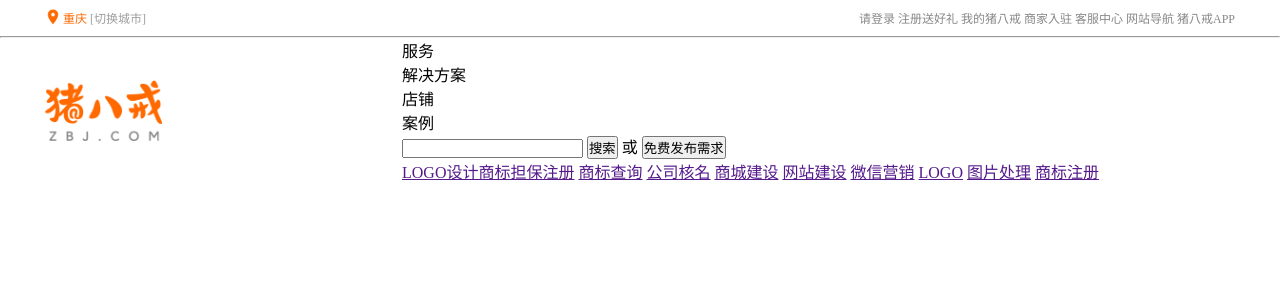
Repository: 13982720426/zbj
Page: HTML/index.html
The author's editor kept a copy of each file at every save. The page is drawn from the files as they stood at one save, then again after the next save.
The browser window is 1280 px wide. The pictures show the whole page.

Above is the page before, as saved 2021-07-15 14:24:50.

### HTML/index.html
<!DOCTYPE html>
<html lang="en">
  <head>
    <meta charset="UTF-8" />
    <meta http-equiv="X-UA-Compatible" content="IE=edge" />
    <meta name="viewport" content="width=device-width, initial-scale=1.0" />
    <title>猪八戒网重庆站-中国领先的企业服务平台</title>
    <link rel="stylesheet" type="image/x-icon" href="./imgs/favicon.ico" />
    <link rel="stylesheet" type="text/css" href="css/index.css" />
  </head>
  <body>
    <div class="header-top">
      <div class="header-top-left">
        <div class="location-icon">
          <span class="tl1">重庆</span>
          <span class="tl2">[切换城市]</span>
        </div>
      </div>
      <div class="haeder-top-right">
        <span class="tr1">请登录</span>
        <span class="tr2">注册送好礼</span>
        <span class="tr3">我的猪八戒</span>
        <span class="tr4">商家入驻</span>
        <span class="tr5">客服中心</span>
        <span class="tr6">网站导航</span>
        <span class="tr7">猪八戒APP</span>
      </div>
    </div>
    <hr />
    <div class="header-bd-wrap header-bd-wrap-fixed">
      <div class="header-bd-wrap-content">
        <div class="header-bd-wrap-l">
          <img class="logo-img" src="./imgs/newlogo_5b91b4a.png" alt="猪八戒" />
        </div>
        <div class="header-bd-wrap-r">
          <div>
            <ul id="menu">
              <li>服务</li>
              <li>解决方案</li>
              <li>店铺</li>
              <li>案例</li>
            </ul>
          </div>
          <div class="search">
            <input type="text" name="" id="" />
            <button class="btn-search">搜索</button>
            <span class="huo">或</span>
            <button class="search-pub-task">免费发布需求</button>
          </div>

          <div>
            <a href="">LOGO设计商标担保注册</a>
            <a href="">商标查询</a>
            <a href="">公司核名</a>
            <a href="">商城建设</a>
            <a href="">网站建设</a>
            <a href="">微信营销</a>
            <a href="">LOGO</a>
            <a href="">图片处理</a>
            <a href="">商标注册</a>
          </div>
        </div>
      </div>
    </div>
  </body>
</html>

### HTML/css/index.css
* {
  margin: 0;
  padding: 0;
}
.header-top {
  display: flex;
  align-items: center;
  margin: 0 auto;
  height: 36px;
  width: 1190px;
  color: #888;
  font-size: 12px;
}
.location-icon {
  display: inline-block;
  padding-left: 18px;
  background-repeat: no-repeat;
  background-size: 16px;
  background-image: url('data:[embedded picture, 1182 characters]');
}
.tl1 {
  color: #ff6900;
}
.tl2 {
  color: #9e9e9e;
}
.header-top-left {
  flex: 1;
}
.header-top-right {
  flex: 1;
}
.header-bd-wrap {
  width: 100%;
}
.header-bd-wrap.header-bd-wrap-fixed {
}
.header-bd-wrap-content {
  width: 1190px;
  margin: 0 auto;
  display: flex;
  align-items: center;
  justify-content: center;
}
.header-bd-wrap-l {
  flex: 30%;
}
.header-bd-wrap-r {
  flex: 70%;
}
.header-bd-wrap-r li {
  list-style: none;
  padding: 0;
  margin: 0;
}

.logo-img {
  float: left;
  max-width: 117px;
  max-height: 61px;
  margin-right: 20px;
}

After the next save:
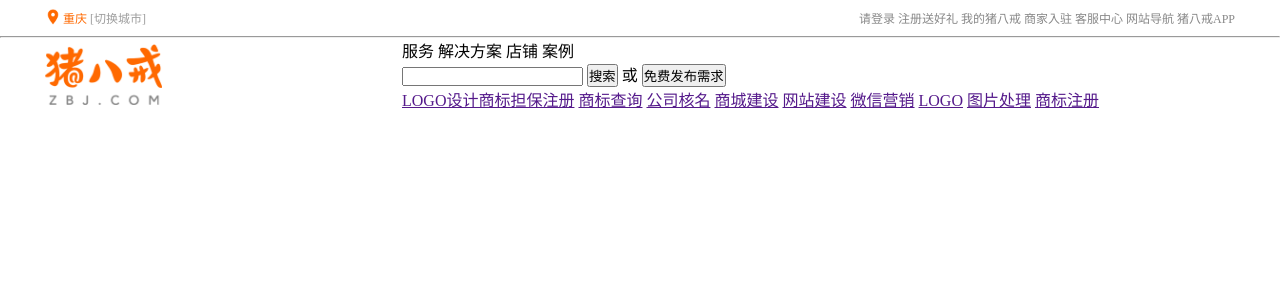
Saved 32 s later.
--- a/HTML/index.html
+++ b/HTML/index.html
@@ -34,12 +34,10 @@
         </div>
         <div class="header-bd-wrap-r">
           <div>
-            <ul id="menu">
-              <li>服务</li>
-              <li>解决方案</li>
-              <li>店铺</li>
-              <li>案例</li>
-            </ul>
+            <a>服务</a>
+            <a>解决方案</a>
+            <a>店铺</a>
+            <a>案例</a>
           </div>
           <div class="search">
             <input type="text" name="" id="" />

After the save that followed:
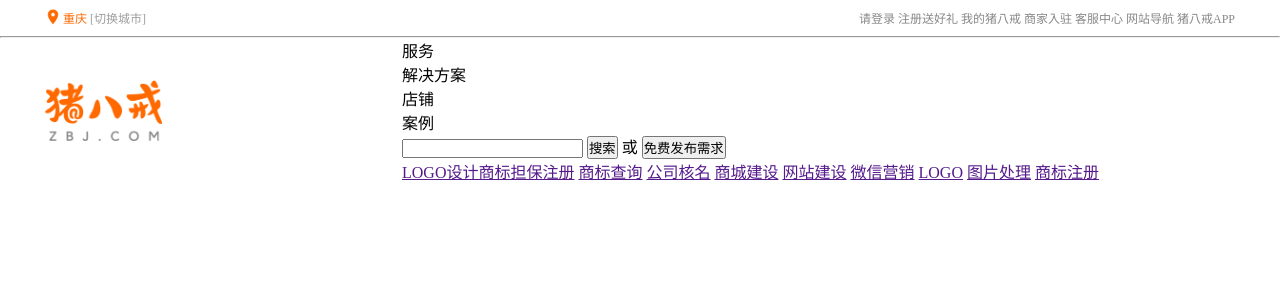
Saved 46 s later.
--- a/HTML/index.html
+++ b/HTML/index.html
@@ -34,10 +34,10 @@
         </div>
         <div class="header-bd-wrap-r">
           <div>
-            <a>服务</a>
-            <a>解决方案</a>
-            <a>店铺</a>
-            <a>案例</a>
+            <li>服务</li>
+            <li>解决方案</li>
+            <li>店铺</li>
+            <li>案例</li>
           </div>
           <div class="search">
             <input type="text" name="" id="" />
